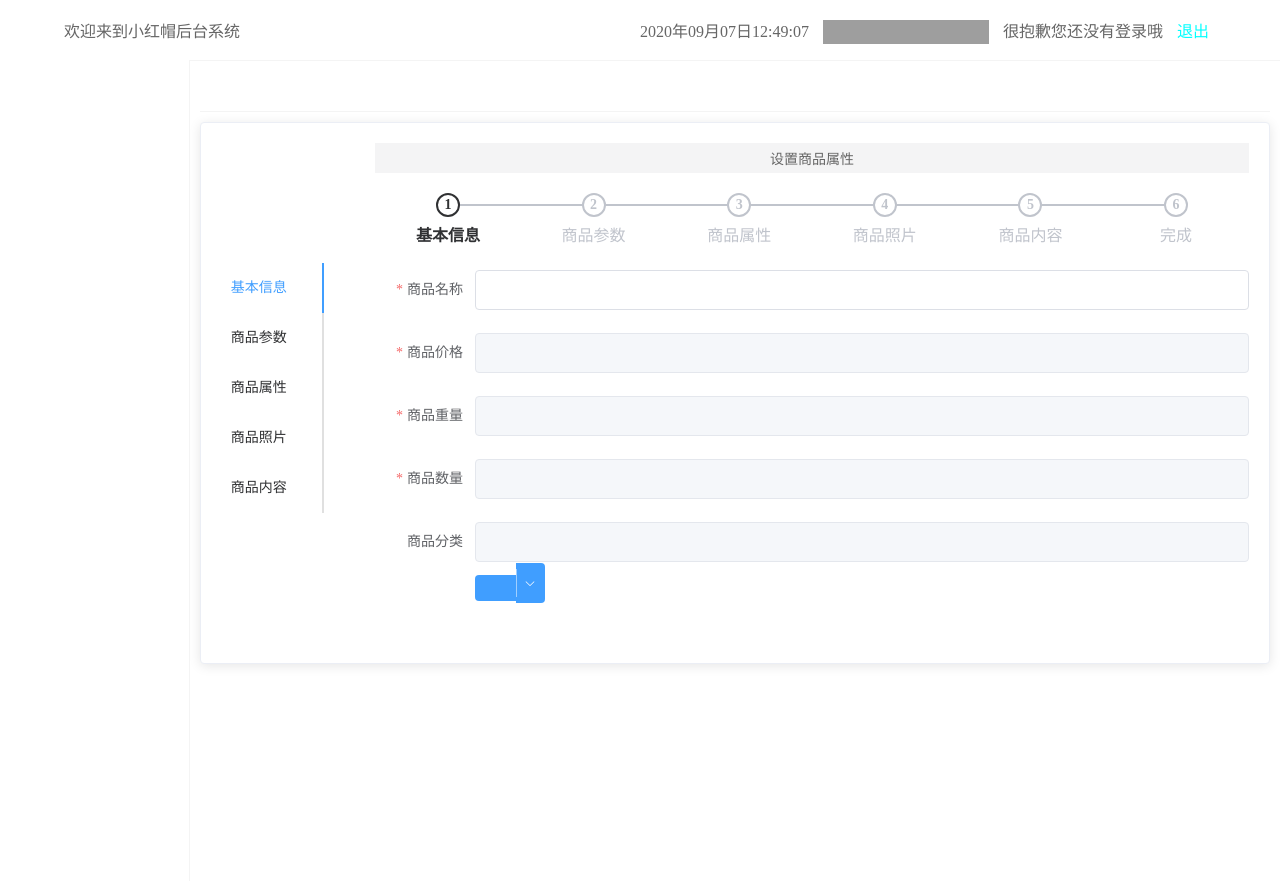
Repository: jinggegeZ/whitesystem
Page: /goods/addGoods
These files come from the project's save history. The page is drawn as it stood at one moment and after the next save; the edit follows.
The browser window is 1280 px wide. The pictures show the whole page.
Pictures or frames that could not be fetched are drawn as grey boxes. The page's requests for data from a server got no answer. The project was rebuilt for these pictures with package versions that can differ from the ones it lists, and the page was loaded fresh each time. No one was signed in, and anything a server would have sent is missing. Also part of the build but not shown: vue.config.js, src/views/Home.vue.

Above is the page before, as saved 2020-09-07 14:20:19.

After the next save:
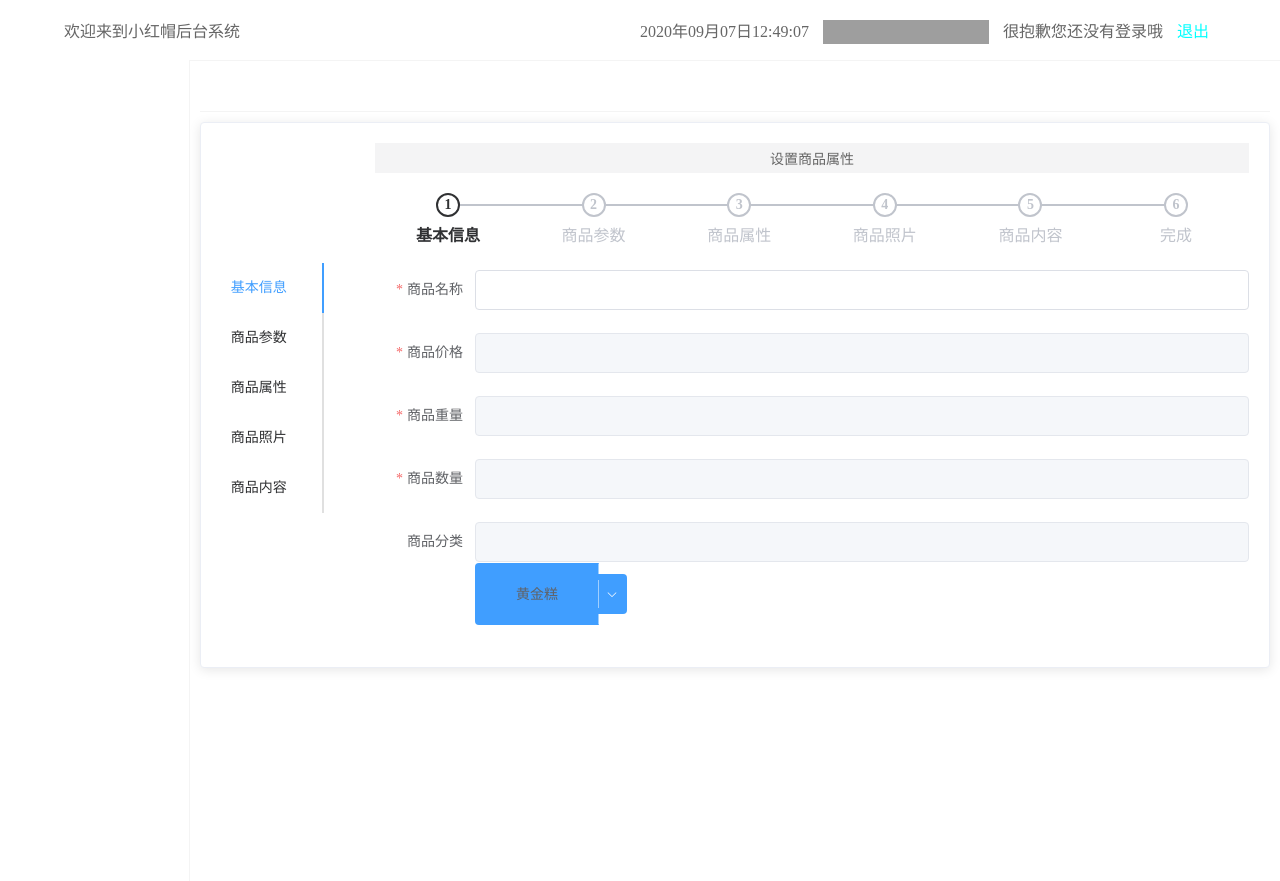
Saved 9 s later.
--- a/src/views/addGoods/addGoods.vue
+++ b/src/views/addGoods/addGoods.vue
@@ -55,6 +55,7 @@
                     <el-dropdown split-button type="primary" @click="handleClick">
                     <el-dropdown-menu slot="dropdown">
                       </el-dropdown-menu>
+                        <el-dropdown-item>黄金糕</el-dropdown-item>
                     </el-dropdown>
                   </div>
 
